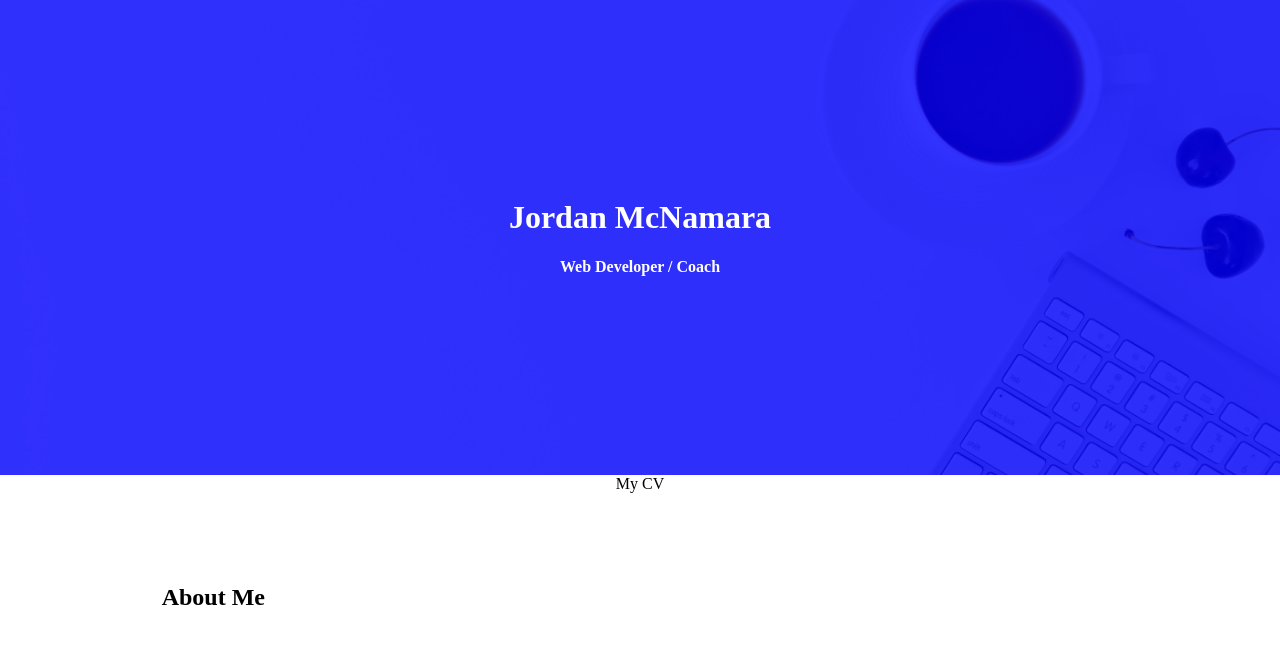
Repository: Scoofster/SWE-Flying-start-bio-website
Page: public/index.html
An editor plug-in stored every save of this project. The page is shown before and after the next save, followed by the edit.
The browser window is 1280 px wide. The pictures show the whole page.

Above is the page before, as saved 2022-06-16 13:25:07.

### public/index.html
<!--
You may use this in any way, on any site, all we ask is that you please keep the link(s) crediting the author.   Though this is not mandatory, it is certainly appreciated.
 -->

<!DOCTYPE html PUBLIC "-//W3C//DTD XHTML 1.0 Strict//EN" "http://www.w3.org/TR/xhtml1/DTD/xhtml1-strict.dtd">
<html xmlns="http://www.w3.org/1999/xhtml" xml:lang="en" lang="en">
  <head>
    <title>Blue Bliss by Bryant Smith</title>
    <meta http-equiv="content-type" content="text/html;charset=utf-8" />
    <link rel="stylesheet" type="text/css" href="index.css" />
  </head>
  <body>
    <div id="mainContentArea">
      <div id="contentBox">
        <div id="hero">
          <div id="hero-overlay"></div>
          <div id="banner-photo"></div>
          <div id="hero-text">
            <h1>Jordan McNamara</h1>
            <h4>Web Developer / Coach</h4>
          </div>
          <div id="about-me-nav-link">
            <h2>About Me</h2>
          </div>
          <div id="CV-Nav-Link">My CV</div>
        </div>
      </div>
    </div>
  </body>
</html>

### public/index.css

html,body{
    margin:0;
    }



#hero {
    margin: 0%;
    padding: 0%;
    display: grid;
    width: 100vw;
    height: 100vh;
    grid-template-columns: 1fr 1fr 1fr;
    text-align: center;
}

#hero-overlay {
    grid-area: 1 /1 / span 2 / span 3;
    opacity: 80%;
    background-color: blue;

}

#banner-photo {
    background-image: url(./imgs/splash_photo.jpg);
    grid-area: 1 /1/ span 2 / span 3;
    background-size:cover;
    background-repeat: no-repeat;
    margin: 0;
}

#hero-text {
    grid-area: 2/2/2/2;
    color: white;

    z-index: 1;
  }

  #about-me-nav-link {
    height: 100%;
    width:100%;
    display:flex;
    align-items: center;
    justify-content: center;

  }

  #cv-nav-link {
    height: 100%;
    width:100%;
    display:flex;
    align-items: center;
    justify-content: center;

After the next save:
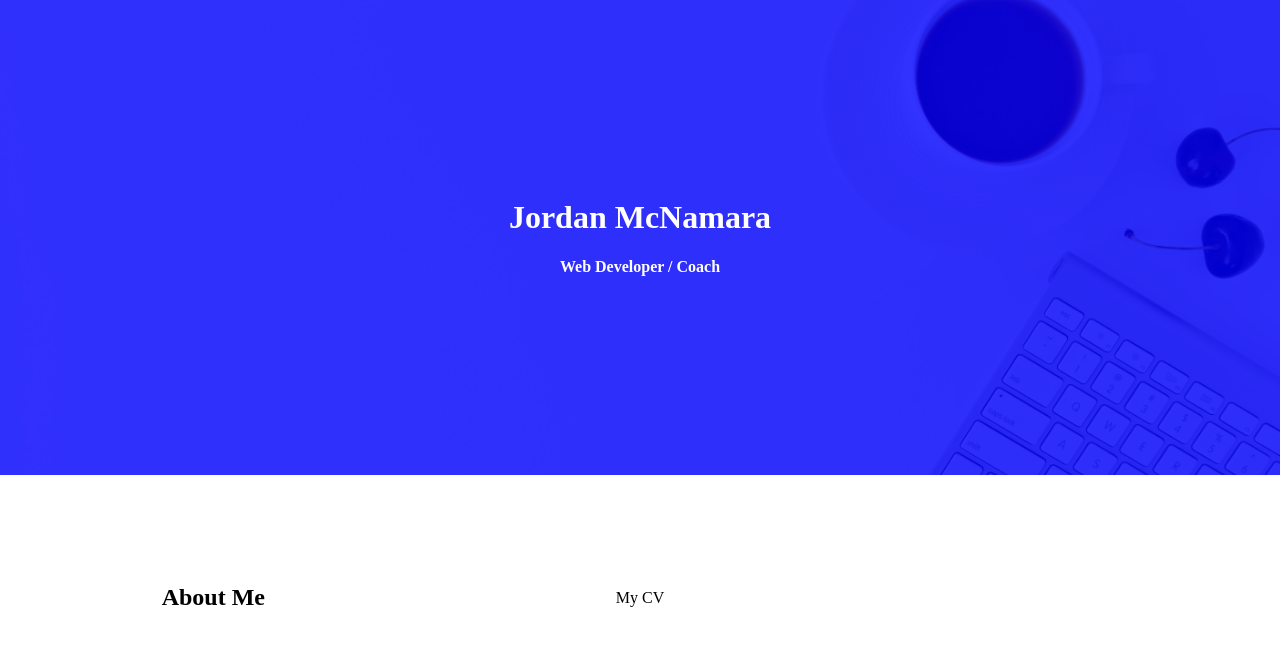
Saved 5 s later.
--- a/public/index.html
+++ b/public/index.html
@@ -22,7 +22,7 @@
           <div id="about-me-nav-link">
             <h2>About Me</h2>
           </div>
-          <div id="CV-Nav-Link">My CV</div>
+          <div id="cv-nav-link">My CV</div>
         </div>
       </div>
     </div>

After the 2 saves that followed:
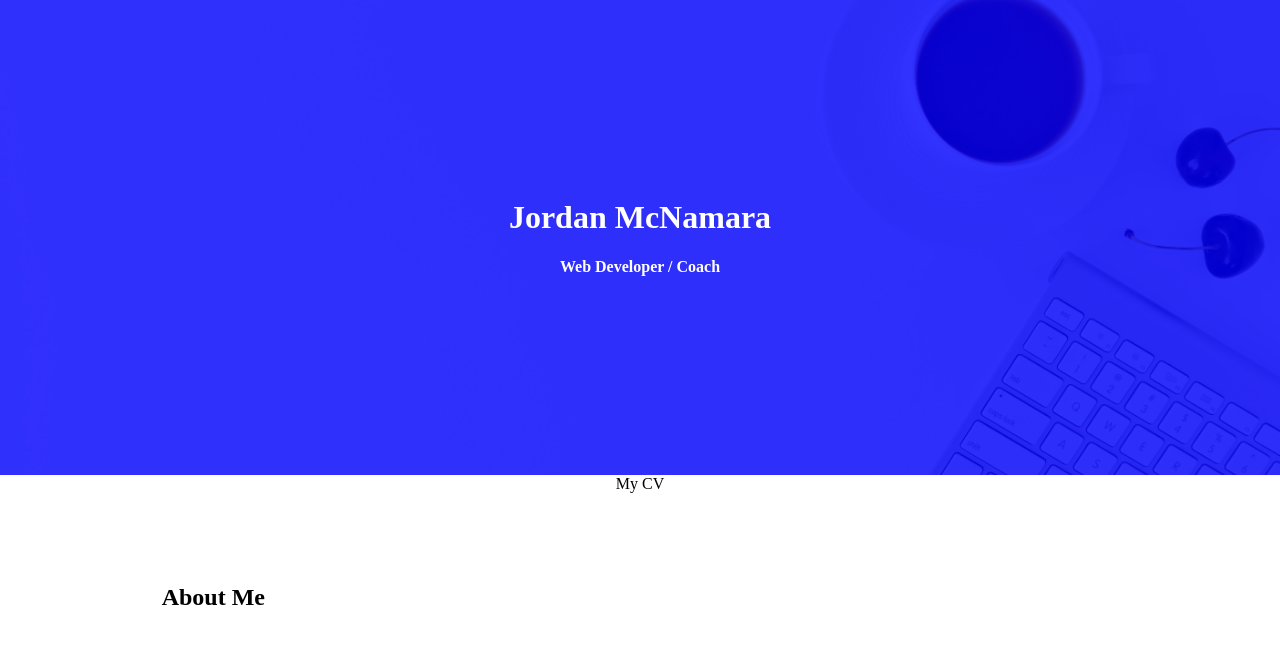
The 2 saves are shown as one change because 1 left the picture as it was.
The last was saved 42 s later.
--- a/public/index.css
+++ b/public/index.css
@@ -45,10 +45,3 @@
     justify-content: center;
 
   }
-
-  #cv-nav-link {
-    height: 100%;
-    width:100%;
-    display:flex;
-    align-items: center;
-    justify-content: center;
